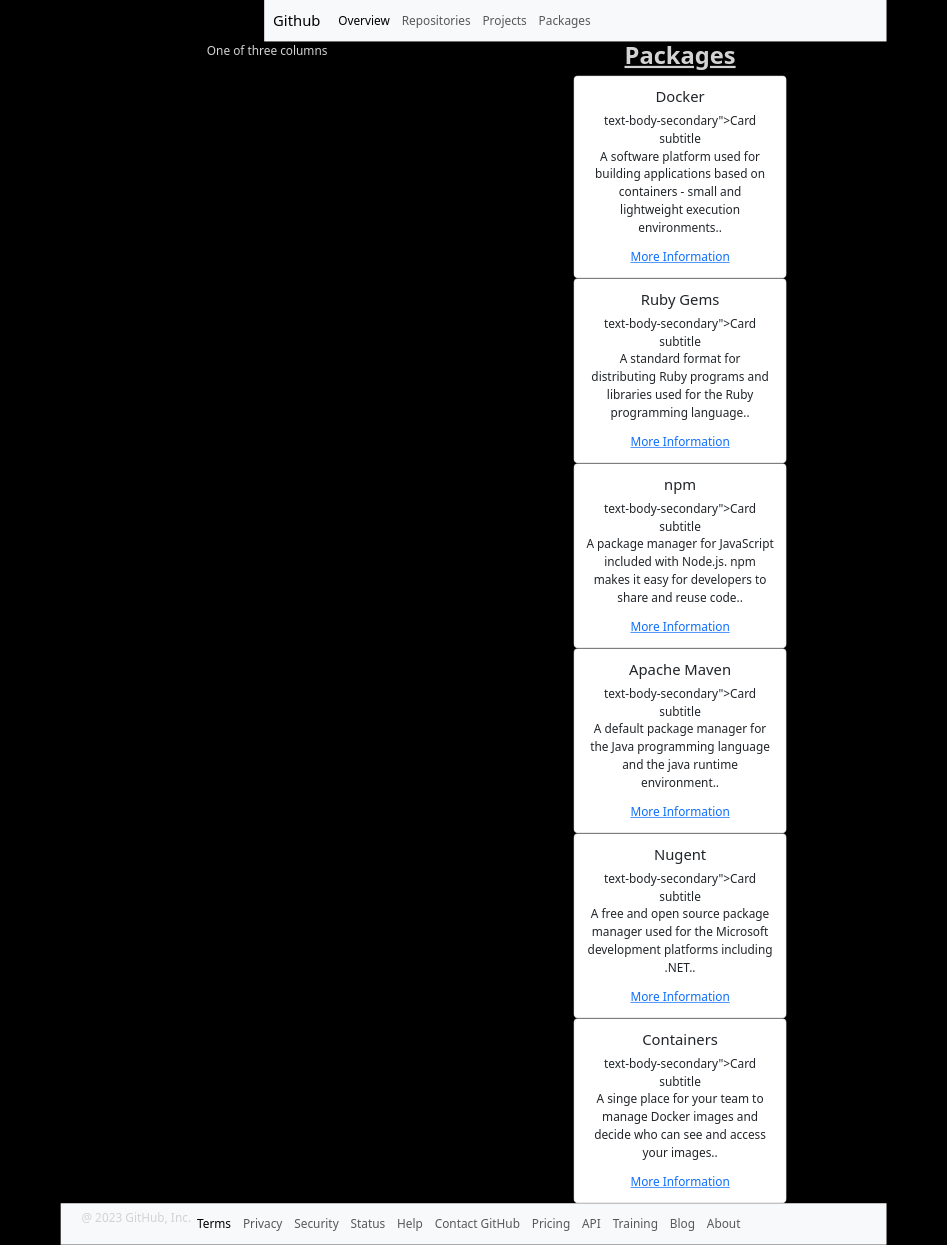
Repository: nss-evening-cohort-E23/gitsub-pull-request-posse
Page: packages.html
An editor plug-in stored every save of this project. The page is shown before and after a run of saves, followed by the edit.
The browser window is 1280 px wide. The pictures show the whole page, at 74% of full size.

Above is the page before, as saved 2023-05-09 17:29:23.

### packages.html
<!DOCTYPE html>
<html lang="en">
<head>
  <meta charset="UTF-8">
  <meta http-equiv="X-UA-Compatible" content="IE=edge">
  <meta name="viewport" content="width=device-width, initial-scale=1.0">
  <link href="https://cdn.jsdelivr.net/npm/bootstrap@5.3.0-alpha3/dist/css/bootstrap.min.css" rel="stylesheet" integrity="sha384-KK94CHFLLe+nY2dmCWGMq91rCGa5gtU4mk92HdvYe+M/SXH301p5ILy+dN9+nJOZ" crossorigin="anonymous">
  <link rel="stylesheet" href="packages.css">
  <title>Packages</title>
</head>
<body>
  <div class="container" id="master">
    <div id="navigate">
      <nav class="navbar navbar-expand-lg bg-body-tertiary">
        <div class="container-fluid">
          <a class="navbar-brand" href="#">Github</a>
          <button class="navbar-toggler" type="button" data-bs-toggle="collapse" data-bs-target="#navbarNavAltMarkup" aria-controls="navbarNavAltMarkup" aria-expanded="false" aria-label="Toggle navigation">
            <span class="navbar-toggler-icon"></span>
          </button>
          <div class="collapse navbar-collapse" id="navbarNavAltMarkup">
            <div class="navbar-nav">
              <a class="nav-link active" aria-current="page" href="#">Overview</a>
              <a class="nav-link" href="#">Repositories</a>
              <a class="nav-link" href="#">Projects</a>
              <a class="nav-link" href="#">Packages</a>
            </div>
          </div>
        </div>
      </nav>
    </div>
   <div class="container text-center">
    <div class="row align-items-start">
    <!-- 2 columns | first column for static bio -->
    <div class="col" id="bio">
      One of three columns

    </div>
    <div class="col">
      <h2><b><u>Packages</u></b></h2>
      <div id="packages"></div>
    </div>
  </div>
</div>
<!-- Footer -->

<div class="footer">
<nav class="navbar navbar-expand-lg bg-body-tertiary">
  <div class="container-fluid">
    <a class="navbar-brand" href="#"></a>
    <button class="navbar-toggler" type="button" data-bs-toggle="collapse" data-bs-target="#navbarNav" aria-controls="navbarNav" aria-expanded="false" aria-label="Toggle navigation">
      <span class="navbar-toggler-icon"></span>
    </button>
    <div class="collapse navbar-collapse" id="footer">
      <p>@ 2023 GitHub, Inc.</p>
      <div id="ftr-links">
      <ul class="navbar-nav">
        <li class="nav-item">
          <a class="nav-link active" aria-current="page" href="#">Terms</a>
        </li>
        <li class="nav-item">
          <a class="nav-link" href="#">Privacy</a>
        </li>
        <li class="nav-item">
          <a class="nav-link" href="#">Security</a>
        </li>
        <li class="nav-item">
          <a class="nav-link" href="#">Status</a>
        </li>
        <li class="nav-item">
          <a class="nav-link" href="#">Help</a>
        </li>
      </ul>

      <ul class="navbar-nav">
        <li class="nav-item">
          <a class="nav-link" href="#">Contact GitHub</a>
        </li>
        <li class="nav-item">
          <a class="nav-link" href="#">Pricing</a>
        </li>
        <li class="nav-item">
          <a class="nav-link" href="#">API</a>
        </li>
        <li class="nav-item">
          <a class="nav-link" href="#">Training</a>
        </li>
        <li class="nav-item">
          <a class="nav-link" href="#">Blog</a>
        </li>
        <li class="nav-item">
          <a class="nav-link" href="#">About</a>
        </li>
      </ul>
    </div>
  </div>
</nav>
</div>
</div>
</div>
</div>
  <script src="main.js"></script>
</body>
</html>

### packages.css
body {
  background-color: black;
  color: lightgray;
  flex: auto;
}

#master {
  display: flex;
  flex-direction: column;
  height: 100vh;
}

#navigate {
  flex: none;

  margin-left: 275px;

}

.footer {
  margin-top: auto;
  justify-content: space-around;

}

#ftr-links {
  display: flex;
  flex-direction: row;
  justify-content: space-between;

}

#packages {
  display: flex;
  flex-direction: row;
  flex-wrap: wrap;
  justify-content: space-around;
  margin: 0 auto;
  width: 100%;

}

.card {
  background-color
}

### main.js

const renderToDom = (divId, htmltoRender) => {
  let targetedDiv = document.getElementById(divId);
  targetedDiv.innerHTML = htmltoRender;
};

const reposCardsOnDom = () => {
  let domString = "";
  domString += `

  `;
};

// packages array
const packages = [
  {
    id: 1,
    name: 'Docker',
    description: 'A software platform used for building applications based on containers - small and lightweight execution environments.',

  },

  {
    id: 2,
    name: 'Ruby Gems',
    description: 'A standard format for distributing Ruby programs and libraries used for the  Ruby programming language.',

  },

  {
    id: 3,
    name: 'npm',
    description: 'A package manager for JavaScript included with Node.js. npm makes it easy for developers to share and reuse code.',

  },

  {
    id: 4,
    name: 'Apache Maven',
    description: 'A default package manager for the Java programming language and the java runtime environment.',

  },

  {
    id: 5,
    name: 'Nugent',
    description: 'A free and open source package manager used for the Microsoft development platforms including .NET.',

  },

  {
    id: 6,
    name: 'Containers',
    description: 'A singe place for your team to manage Docker images and decide who can see and access your images.',
  },
]

// packages
const packagesOnDom = (array) => {
  let domString = "";

// package cards
for (const package of array) {
  domString += `<div class="card" style="width: 18rem;" id="pkgs">
  <div class="card-body">
    <h5 class="card-title">${package.name}</h5>
    text-body-secondary">Card subtitle</h6>
    <p class="card-text">${package.description}.</p>
    <a href="#" class="card-link">More Information</a>
  </div>
</div>`
}
renderToDom("packages", domString);

}
packagesOnDom(packages);

const startApp = () => {
  packagesOnDom(packages);
}

startApp();

After the next 2 saves:
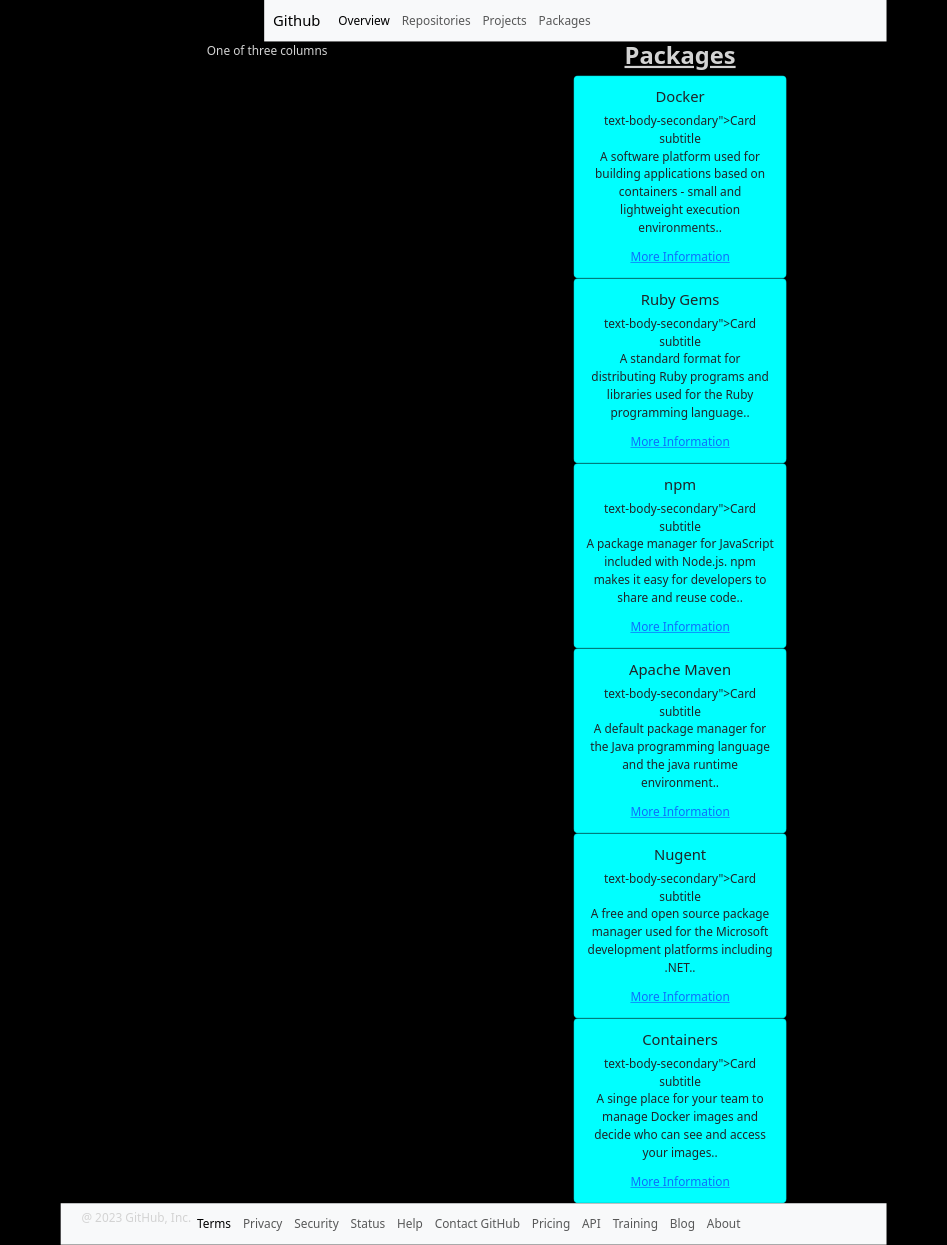
The 2 saves are shown as one change because they came seconds apart.
The last was saved 11 s later.
--- a/packages.css
+++ b/packages.css
@@ -41,5 +41,5 @@
 }
 
 .card {
-  background-color
+  background-color:aqua;
 }

After the save that followed:
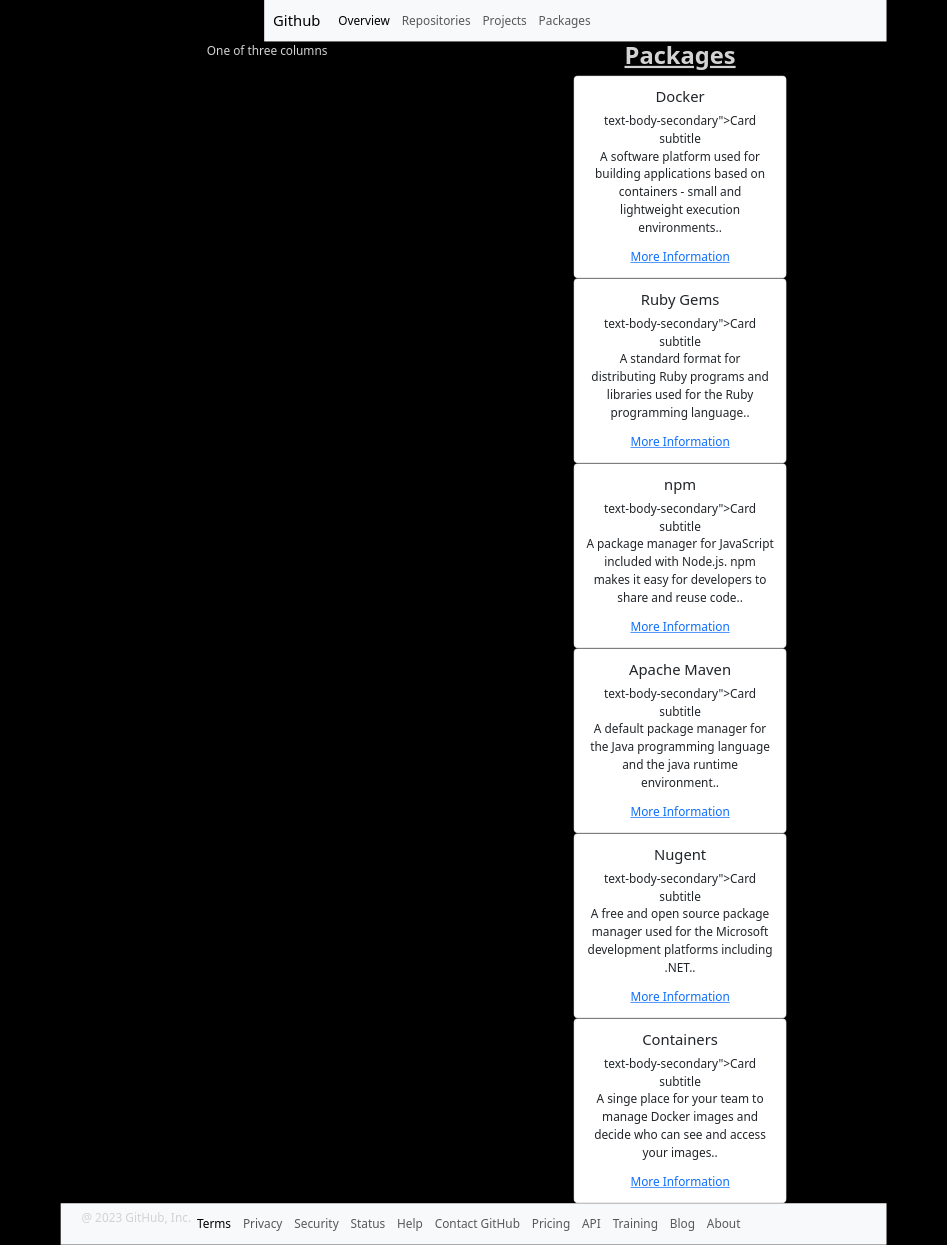
Saved 7 s later.
--- a/packages.css
+++ b/packages.css
@@ -41,5 +41,5 @@
 }
 
 .card {
-  background-color:aqua;
+
 }
